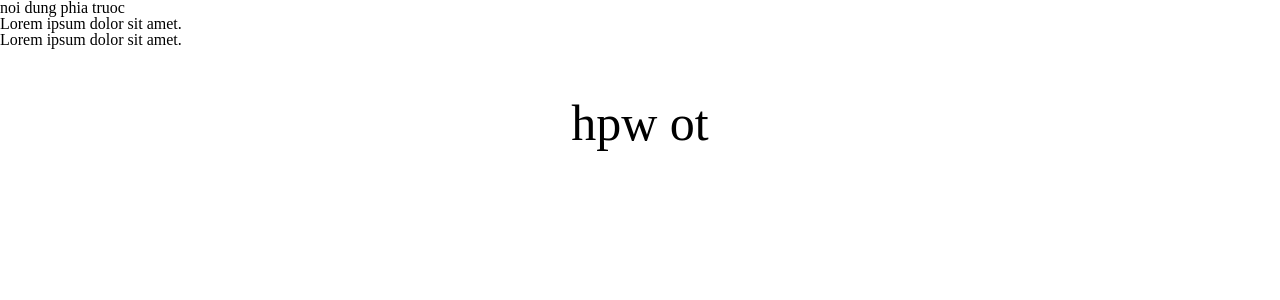
Repository: hoang71299/fe_26
Page: noti/index.html
These files come from the project's save history. The page is drawn as it stood at one moment and after the next save; the edit follows.
The browser window is 1280 px wide. The pictures show the whole page.

Above is the page before, as saved 2023-04-07 00:04:16.

After the next save:
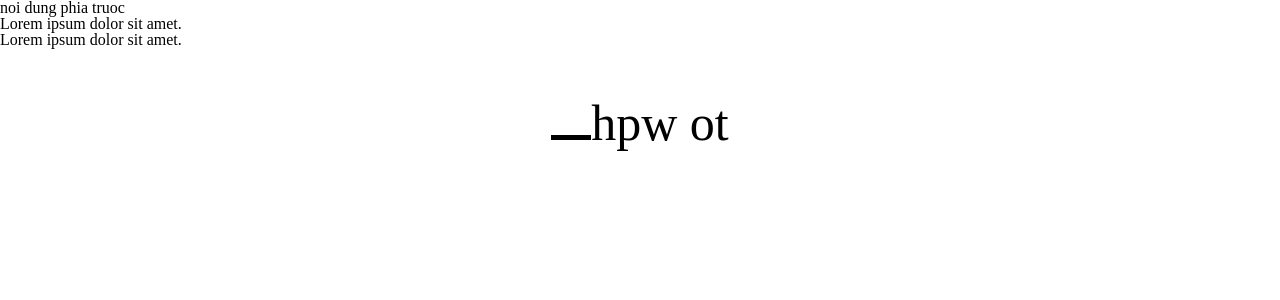
Saved 4 s later.
--- a/noti/style.css
+++ b/noti/style.css
@@ -49,5 +49,5 @@
   width: 40px;
   height: 5px;
   background-color: #000;
-  display: 1ib;
+  display: inline-block;
 }
